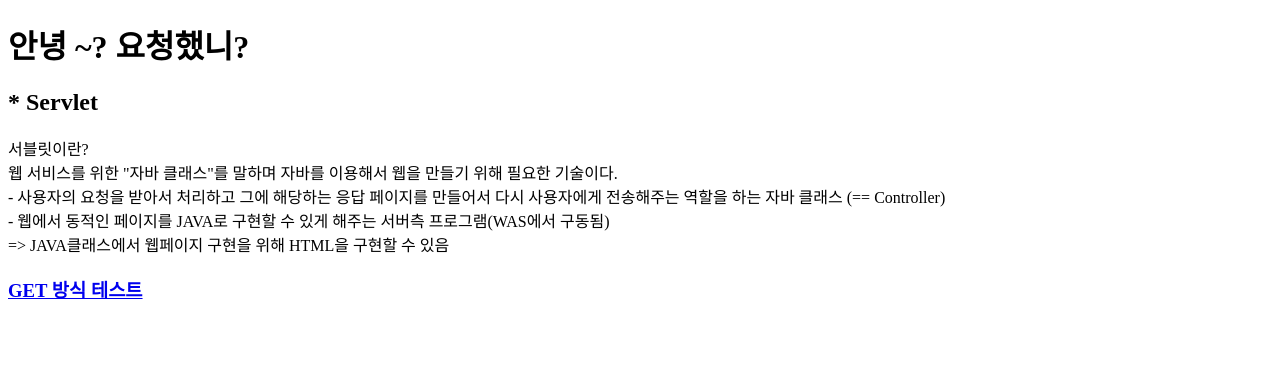
Repository: DonghwanSon1/StudyAndSubwayStore
Page: 1_Servlet/WebContent/index.html
The author's editor kept a copy of each file at every save. The page is drawn from the files as they stood at one save, then again after the next save.
The browser window is 1280 px wide. The pictures show the whole page.

Above is the page before, as saved 2022-05-31 08:39:34.

### 1_Servlet/WebContent/index.html
<!DOCTYPE html>
<html>
<head>
<meta charset="UTF-8">
<title>서버 처음 연결</title>
</head>
<body>
	<!--
		1) 새롭게 워크스페이스를 만들어서 이클립스로 열기
		2) 워크스페이스 셋팅하기(workspace : 작업환경)

			2_1) 웹 어플리케이션 작업을 위해 java EE환경으로 설정(기본값)

			2_2) 보여질 UI탭들 셋팅하기 [window] - [Show View]
				(탭 : Navigator, Console, Problems, Servers)

			2_3) 인코딩 설정 및 서버 Runtime Environment셋팅 [window] - [Preferences]
				(General - workspace)
				(General - Editors - Text Editors - spelling)
				(Web - CSS File, HTML Files, JSP Files)
				(XML - XML Files)
				JSON - JSON Files)

			2_3_2) 서버 Runtime잡기 : 이클립스에서 서버를 실행할 수 있도록 연동하는 과정
					(servers - Runtime Environments)
					-- Add클릭  - 설치한 아파치 톰캣과 동일한 버전 선택 - Next
					- Name 수정가능(안하면 기본값) - Browse 선택 - 내가 압축해제한 아파치 톰캣 폴더 선택 - (Finish)

		3) 서버 생성하기

			3_1) [New] - [Server]

			3_2) 기본적으로 2_3_2번 과정에서 셋팅해놓은 Runtime이 잡혀있을것 ! (Server name만! 변경가능)

			3_3) Finish

			3_4) 생성된 서버 수정하기(만들어진 서버 더블 클릭)
				3_4_1) 포트번호 재설정(기본적으로 잡혀있는 8080포트와 오라클 포트가 동일하므로 충돌이 발생할 수 있다. 8080 -> 8888로 바꿔준다.)

				3_4_2) 왼쪽 하단에 ServerOptions에서 Serve Modules without publishing 체크!!!
					=> 요걸 안하면 output folder에 컴파일된 파일들이 잘 안가는 경우가 생길수 있다.!!
						무조건 꼭꼭꼭꼭꼭꼭 체크!! 중요

		4) Dynamic Web Project 만들기 !! (동적인 웹 어플리케이션)

			4_1) 프로젝트명 신중하게 작성할것 - Next

			4_2) default output folder 경로 재설정 : WebContent/WEB-INF/classes - Next
				=> output folder로 지정된 classes폴더에는 컴파일된 클래스 파일들이 들어간다.
				실제로 프로젝트 배포 시 WebContent폴더가 배포된다. (이 안에 컴파일된 클래스파일들이 있어야함!!)
				기본 경로(build/classes)로 지정해놓으면 해당 그 폴더가 WebContent안에 만들어지지 않음 주의!!!!!

			4_3) Context root : 이 어플리케이션만의 고유한 이름으로 지어줄것 (기본값 == 프로젝트명// 보통 재정의함)
				=> 하나의 서버로 여러개의 어플리케이션을 구동시킬수 있음.
				고유한 이름을 따라서 해당 어플리케이션에 접근하는 경로로 사용 가능하고, 어플리케이션들을 구분할 수 있음

				Content directory : 실제로 배포되는 폴더(즉, 서버에 올라가는 폴더)들의 최상위 폴더명을 지정하는것
									=> default output folder의 WebContent폴더로 지정할 것!!!!!!!!
				Generate web.xml deployment descriptor 무조건 체크할것 !!! (기본적으로 체크 안되어있음)
				=> web.xml => 기본적인 해당 어플리케이션의 전체 설정 정보를 가지고 있는 파일 (서버 실행과 동시에 메이페이지를 지정해줌)
				굳이 파일을  수정할 일 없으면 안만들어도 되지만 (내부적으로 server가 가지고 있는 web.xml파일이 존재하긴함)
				그래도 혹시나 수정을 한다거나 작업할 일이 있을수도있으므로 무조건 만들고 시작하자!!!

			4_4) Finish

		5) 새롭게 만든 Project 확인해보기!!

			5_1) [프로젝트] - [WebContent] - [WEB-INF] - classes폴더 잘 만들어졌는지 확인하기
			5_2) [프로젝트] - [WebContent] - [WEB-INF] - web.xml문서 잘 만들어졌는지 확인하기
			5_3) index.html파일만들기(꼭꼭꼭꼭 WebContent 폴더 내부에 만든다 꼭꼭꼭)

		6) 생성해놓은 서버에 어플리케이션 올리기
			=> 서버 오른쪽 클릭 => Add and Remove - 올리고자 하는 어플리케이션 선택 후 ADD버튼 누르고 - Finish

		7) Server start 후 웹 어플리케이션 요청해서 index 잘 열리는지 확인하기!
	 -->

	<h1>안녕 ~? 요청했니?</h1>

	<h2>* Servlet</h2>

	<p>
		서블릿이란? <br>
		웹 서비스를 위한 "자바 클래스"를 말하며 자바를 이용해서 웹을 만들기 위해 필요한 기술이다. <br>
		- 사용자의 요청을 받아서 처리하고 그에 해당하는 응답 페이지를 만들어서 다시 사용자에게 전송해주는 역할을 하는 자바 클래스 (== Controller) <br>
		- 웹에서 동적인 페이지를 JAVA로 구현할 수 있게 해주는 서버측 프로그램(WAS에서 구동됨) <br>

		=> JAVA클래스에서 웹페이지 구현을 위해 HTML을 구현할 수 있음
	</p>

	<h3><a href="view/requestTest_Get.html">GET 방식 테스트</a></h3>
























</body>
</html>

After the next save:
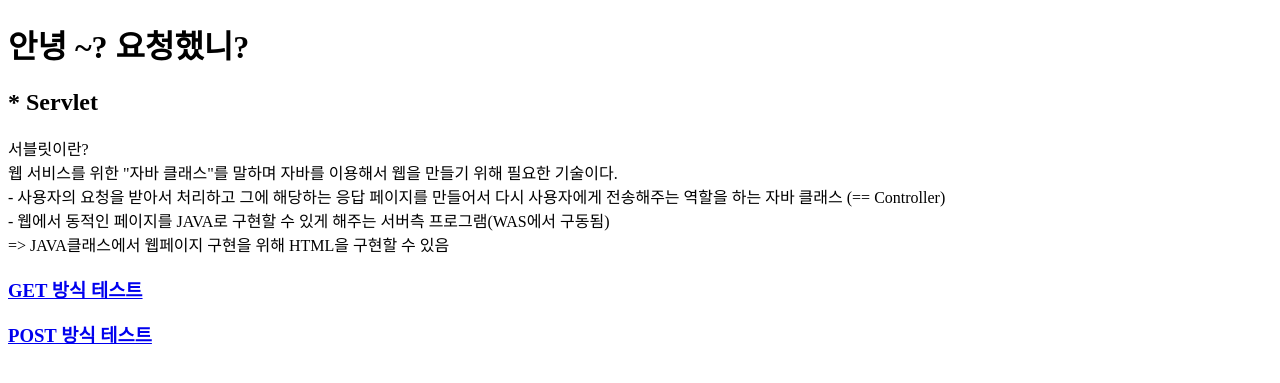
Saved 21 s later.
--- a/1_Servlet/WebContent/index.html
+++ b/1_Servlet/WebContent/index.html
@@ -90,6 +90,7 @@
 
 	<h3><a href="view/requestTest_Get.html">GET 방식 테스트</a></h3>
 
+	<h3><a href="view/requestTest_Post.html">POST 방식 테스트</a></h3>
 
 
 
